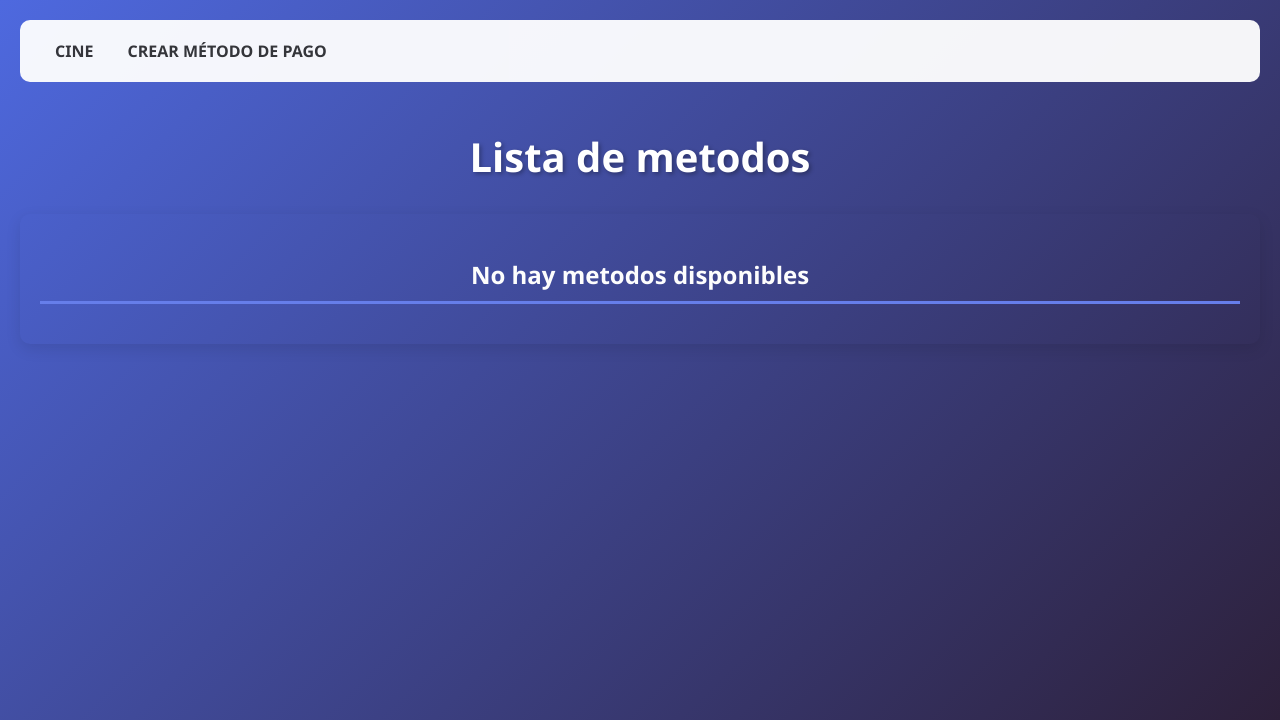
Repository: RoyScc/Practico-Django
Page: http://localhost/metodos/
An editor plug-in stored every save of this project. The page is shown before and after the next save, followed by the edit.
The browser window is 1280 px wide. The pictures show the whole page.
The page is served by the project's application, run on Django 5.2 (manage.py). Other server files are loaded and not shown. Queries for data that is not in the repository find no rows.

Above is the page before, as saved 2026-05-14 00:03:07.

### tickets/templates/tickets/lista_metodos.html
{% extends 'tickets/base.html' %} {% block title%} Tickets Cine {% endblock %}
{% block body %}

<h1>Lista de metodos</h1>
{% for metodo in metodos %}
  <div class="ticket-item" id="metodo-{{ metodo.id }}">
    <h3 class="h3">{{ metodo.nombre }}</h3>
    <h3 class="h3">{{ metodo.tipo }}</h3>

    <a href="{% url 'editar_metodo' metodo.id %}">Editar</a>
    <a href="{% url 'borrar_metodo' metodo.id %}">Borrar</a>
  </div>
  {% empty %}
  <div class="ticket">
    <h3>No hay metodos disponibles</h3>
  </div>

{% endfor %}

{% endblock %}

### tickets/templates/tickets/base.html
{% load static %}

<!DOCTYPE html>
<html lang="en">
<head>
    <meta charset="UTF-8">
    <meta name="viewport" content="width=device-width, initial-scale=1.0">
    <link rel="stylesheet" href="{% static 'tickets/styles.css' %}">
    <link rel="icon" href="templates/tickets/images/cine.png" type="image/png">
    <title>{% block title %} Tickets {% endblock %}</title>
</head>
<body>
    <nav className="navbar2">
        {% if request.resolver_match.url_name == 'cine' %}
            <a href="{% url 'lista_metodos' %}">Metodos</a>
        {% endif %}
        <a href="{% url 'cine' %}">Cine</a>
        {% if request.resolver_match.url_name == 'lista_metodos' %}
            <a href="{% url 'crear_metodo_pago' %}">Crear método de pago</a>
        {% endif %}
    </nav>

    {% block body %}{% endblock %}

</body>
</html>

### tickets/views.py
from django.shortcuts import render, redirect
from .models import Tickets, MetodoPago
from .forms import MetodoPagoForm

# Create your views here.

# def index(request):
#     tickets = Tickets.objects.filter(tipo="cine")
#     return render(request, 'tickets/index.html', {'tickets': tickets})

def cine(request):
    tickets = Tickets.objects.filter(tipo__icontains="cine")
    return render(request, 'tickets/cine.html', {'tickets': tickets})

def tickets(request):
    todos_los_tickets = Tickets.objects.all()
    return render(request, 'tickets/todos_los_tickets.html', {'tickets': todos_los_tickets})

def crear_metodo_pago(request):
    if request.method == 'POST':
        form = MetodoPagoForm(request.POST)
        if form.is_valid():
            form.save()
            return redirect('lista_metodos')
    else:
        form = MetodoPagoForm()
    return render(request, 'tickets/crear_metodo_pago.html', {'form': form})

from django.shortcuts import get_object_or_404

def lista_metodos_pago(request):
    metodos = MetodoPago.objects.all()
    return render(request, 'tickets/lista_metodos.html', {'metodos': metodos})

def editar_metodo(request, id):
    metodo = get_object_or_404(MetodoPago, id=id)
    if request.method == 'POST':
        form = MetodoPagoForm(request.POST, instance=metodo)
        if form.is_valid():
            form.save()
            return redirect('lista_metodos')
    else:
        form = MetodoPagoForm(instance=metodo)
    return render(request, 'tickets/crear_metodo_pago.html', {'form': form})

def borrar_metodo(request, id):
    metodo = get_object_or_404(MetodoPago, id=id)
    if request.method == 'POST':
        metodo.delete()
        return redirect('lista_metodos')
    return render(request, 'tickets/borrar_metodo.html', {'metodo': metodo})

### TicketERA/urls.py
"""
URL configuration for TicketERA project.

The `urlpatterns` list routes URLs to views. For more information please see:
    https://docs.djangoproject.com/en/6.0/topics/http/urls/
Examples:
Function views
    1. Add an import:  from my_app import views
    2. Add a URL to urlpatterns:  path('', views.home, name='home')
Class-based views
    1. Add an import:  from other_app.views import Home
    2. Add a URL to urlpatterns:  path('', Home.as_view(), name='home')
Including another URLconf
    1. Import the include() function: from django.urls import include, path
    2. Add a URL to urlpatterns:  path('blog/', include('blog.urls'))
"""
from django.contrib import admin
from django.urls import path, include

urlpatterns = [
    path('admin/', admin.site.urls),
    path('', include("tickets.urls"))
]

### tickets/urls.py
from django.urls import path, include

from . import views

urlpatterns = [
    # path('', views.index, name="index"),
    path('cine/', views.cine, name="cine"),
    path('tickets/', views.tickets, name="tickets"),
    path('metodos/', views.lista_metodos_pago, name="lista_metodos"),
    path('metodos/crear', views.crear_metodo_pago, name="crear_metodo_pago"),
    path('metodos/editar/<int:id>/', views.editar_metodo, name="editar_metodo"),
    path('metodos/borrar/<int:id>/', views.borrar_metodo, name="borrar_metodo"),
]

### tickets/static/tickets/styles.css
/* Estilos generales para la página */
body {
    font-family: 'Segoe UI', Tahoma, sans-serif;
    background: linear-gradient(135deg, #4e69df 0%, #2d203a 100%);
    min-height: 100vh;
    margin: 0;
    padding: 20px;
    gap: 20px;
    display: flex;
    flex-direction: column;
    box-sizing: border-box;
    flex: 1;
}

nav{
    justify-content: space-around;
    background: white;
    opacity: 0.95;
    margin: 0;
    padding: 10px 20px;
    border-radius: 10px;

}

.navbar {
    display: flex;
    justify-content: flex-end;
    align-items: center;
}

a {
    display: inline-block;
    color: #333;
    text-decoration: none;
    font-weight: bold;
    padding: 10px 15px;
    border-radius: 5px;
    transition: background 0.3s ease;
    text-transform: uppercase;
    /*background: #686666;*/
}

a:hover {
    background: #667eea;
    color: white;
}


h1, h4 {
    color: white;
    text-align: center;
    margin-bottom: 30px;
    text-shadow: 2px 2px 4px rgba(0,0,0,0.3);
}

h1 {
    font-size: 2.5rem;
    margin-bottom: 10px;
}

h4 {
    font-size: 1.2rem;
    opacity: 0.9;
}

.cartelera {
    display: flex;
    flex-wrap: wrap;
    justify-content: center;
    gap: 40px;
    padding: 30px;
}
.ticket-item {
    background: white;
    border-radius: 15px;
    padding: 20px;

    display: flex;
    flex-direction: column;
    justify-content: space-between;

    width: 320px;
    min-height: 500px;

    box-shadow: 0 10px 30px rgba(0,0,0,0.2);

    transition: transform 0.3s ease;
}

.ticket-item:hover {
    transform: translateY(-5px);
}

.ticket-item a {
    display: inline-block;
    margin-top: 10px;
}

.form {
    display: block;
    margin-top: 0em;
    unicode-bidi: isolate;
}

/* Tablet
@media (max-width: 768px) {
    .cartelera {
        gap: 15px;
        padding: 15px;
    }
}*/

/* Mobile
@media (max-width: 480px) {
    .cartelera {
        gap: 10px;
        padding: 10px;
    }

    .ticket-item {
        width: 100%;
        max-width: 300px;
    }
}*/

h3 {
    color: #fdfdfd;
    font-size: 1.5rem;
    margin-bottom: 20px;
    text-align: center;
    border-bottom: 3px solid #667eea;
    padding-bottom: 10px;
}

.h3 {
    color: #000000;
    font-size: 1.5rem;
    margin-bottom: 20px;
    text-align: center;
    border-bottom: 3px solid #667eea;
    padding-bottom: 10px;
}

p {
    color: #b3b3b3;
    font-size: 1rem;
    margin: 10px 0;
    padding: 8px 0;
    border-bottom: 1px solid #eee;
    display: flex;
    justify-content: space-between;
    align-items: center;
}

p:last-of-type {
    border-bottom: none;
    font-weight: bold;

    font-size: 1.2rem;
}

.pcartelera {
    color: #070202;
    font-size: 1rem;
    margin: 10px 0;
    padding: 8px 0;
    border-bottom: 1px solid #eee;
    display: flex;
    justify-content: space-between;
    align-items: center;
}

button {
    width: 100%;
    background: linear-gradient(45deg, #667eea, #764ba2);
    color: white;
    border: none;
    padding: 30px 30px;
    font-size: 1.1rem;
    font-weight: bold;
    border-radius: 8px;
    cursor: pointer;
    margin-top: 20px;
    transition: all 0.3s ease;
    text-transform: uppercase;
    letter-spacing: 1px;
}

button:hover {
    background: linear-gradient(45deg, #5a6fd8, #6a4190);
    transform: scale(1.05);
    box-shadow: 0 5px 15px rgba(102, 126, 234, 0.4);
}

.ticket {
    margin-bottom: 20px;
    padding: 20px;
    border-radius: 10px;
    box-shadow: 0 5px 15px rgba(0,0,0,0.1);
    space
}

button:active {
    transform: scale(0.98);
}

.fecha-icon::before {
content: '📅 ';
margin-right: 8px;
font-weight: bold;
}

.ubicacion-icon::before {
    content: '📍';
    margin-right: 8px;
    font-weight: bold;
}

.precio-icon::before {
    content: '💵 ';
    margin-right: 8px;
    font-weight: bold;
}
/*
.carousel {
    display: flex;
    gap: 20px;
    overflow-x: auto;
    padding: 20px;
    scroll-behavior: smooth;
}

.carousel::-webkit-scrollbar {
    height: 10px;
}

.carousel::-webkit-scrollbar-thumb {
    background: #667eea;
    border-radius: 10px;
}

.ticket-item {
    min-width: 250px;
    background: white;
    border-radius: 15px;
    padding: 15px;
    flex-shrink: 0;
    box-shadow: 0 4px 10px rgba(0,0,0,0.1);
    text-align: center;
}

.ticket-img {
    width: 100%;
    height: 300px;
    object-fit: cover;
    border-radius: 10px;
}

.ticket-empty {
    text-align: center;
    padding: 50px;
}*/

After the next save:
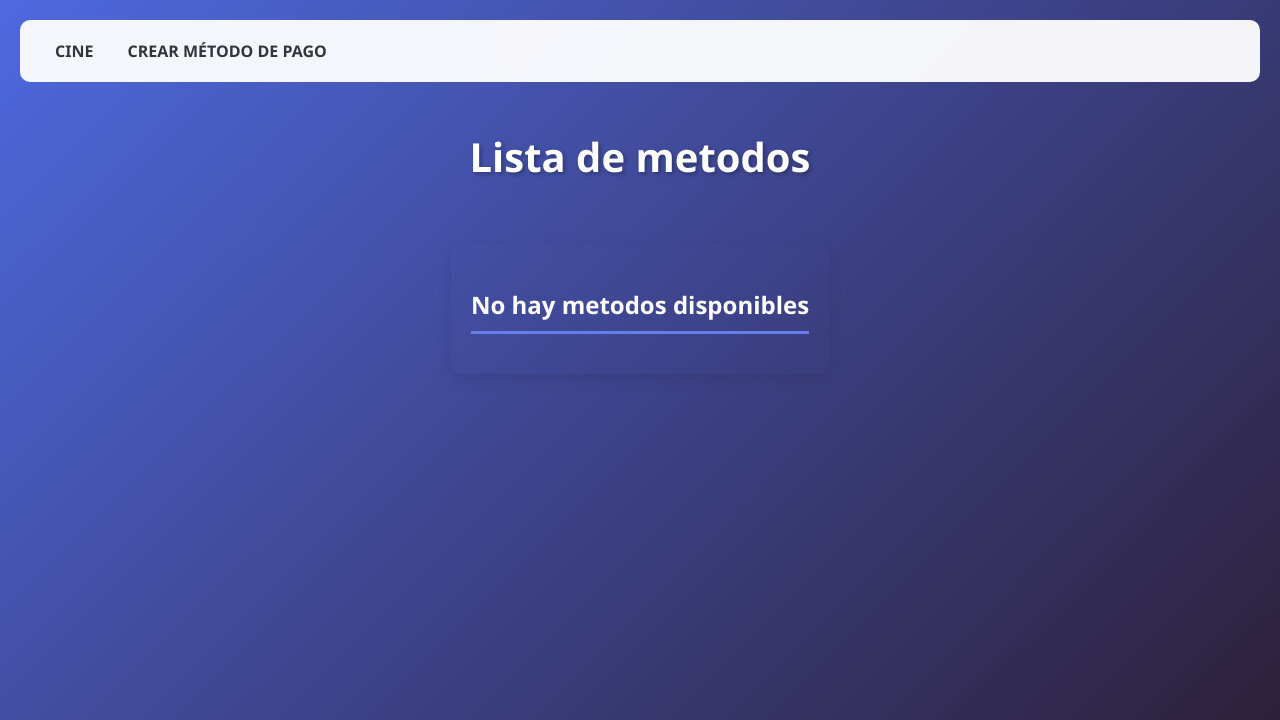
Saved 39 s later.
--- a/tickets/templates/tickets/lista_metodos.html
+++ b/tickets/templates/tickets/lista_metodos.html
@@ -2,6 +2,7 @@
 {% block body %}
 
 <h1>Lista de metodos</h1>
+<div class="cartelera">
 {% for metodo in metodos %}
   <div class="ticket-item" id="metodo-{{ metodo.id }}">
     <h3 class="h3">{{ metodo.nombre }}</h3>
@@ -16,5 +17,5 @@
   </div>
 
 {% endfor %}
-
+</div>
 {% endblock %}
